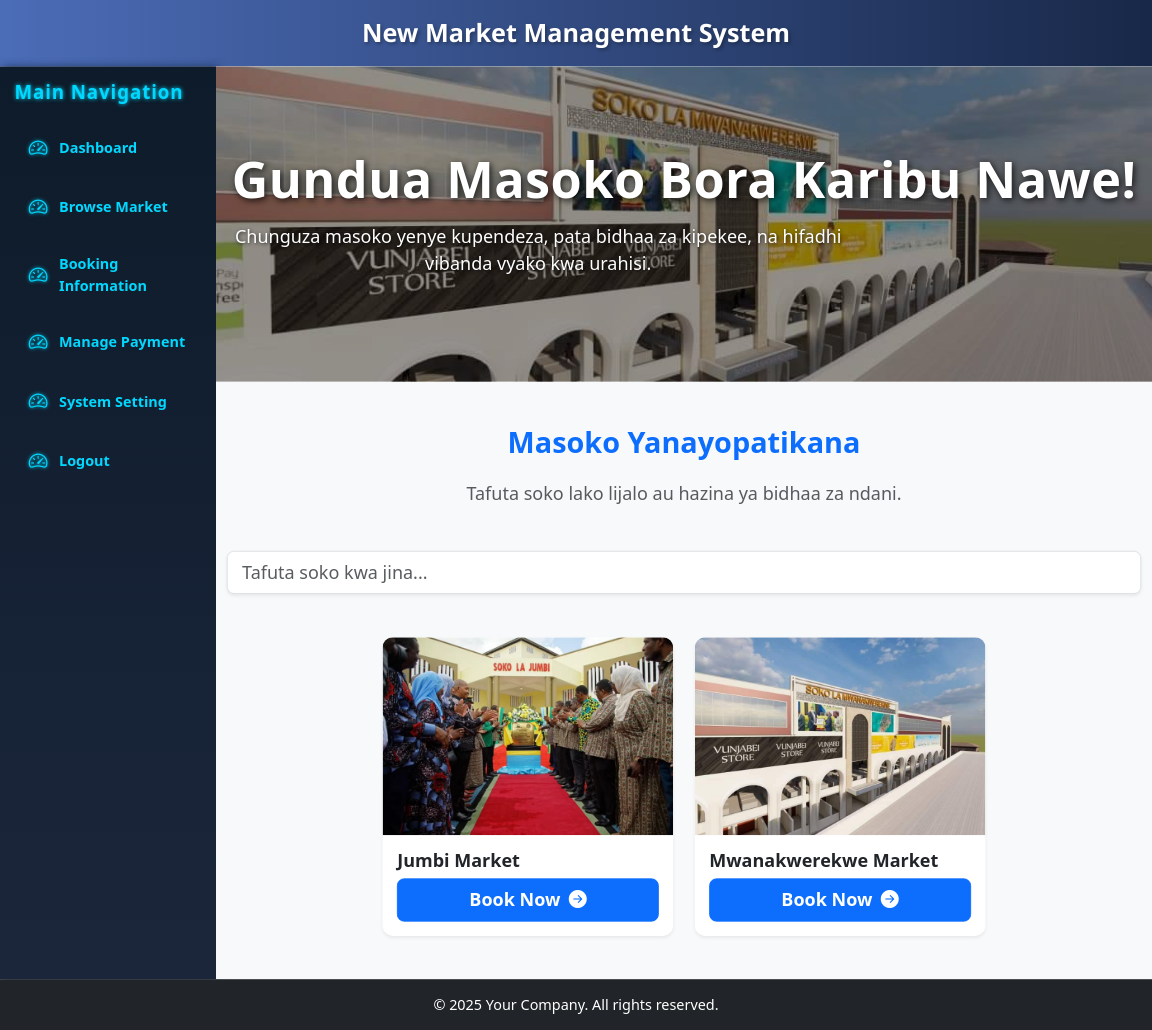
Repository: AbdulqadirSaid/react-market-front-end
Page: /browse-market
The author's editor kept a copy of each file at every save. The page is drawn from the files as they stood at one save, then again after a run of saves.
The browser window is 1280 px wide. The pictures show the whole page, at 90% of full size.
The project was rebuilt for these pictures with package versions that can differ from the ones it lists, and the page was loaded fresh each time. Also part of the build but not shown: src/LoginForm.js, src/App.css, src/admin/AdminDashboard.js, src/admin/ManageCustomers.js, src/admin/ManageMarketOwner.js, src/admin/GenerateReport.js, src/admin/AccountSetting.js, src/owner/OwnerDashboard.js and 9 more.

Above is the page before, as saved 2025-06-03 17:39:19.

### src/index.js
import React from 'react';
import ReactDOM from 'react-dom/client';
import './index.css';
import App from './App';
import reportWebVitals from './reportWebVitals';
import { BrowserRouter } from 'react-router-dom';


const root = ReactDOM.createRoot(document.getElementById('root'));
root.render(
  <React.StrictMode>
    <BrowserRouter>
        <App />
    </BrowserRouter>
  </React.StrictMode>
);

// If you want to start measuring performance in your app, pass a function
// to log results (for example: reportWebVitals(console.log))
// or send to an analytics endpoint. Learn more: https://bit.ly/CRA-vitals
reportWebVitals();

### src/index.css
.rounded-logo {
  width: 100px; /* Adjust the size as needed */
  height: 100px; /* Adjust the size as needed */
  border-radius: 50%; /* Makes the image rounded */
}


.nav-link {
  transition: background-color 0.3s ease;
}

.nav-link:hover {
  background-color: rgba(255, 255, 255, 0.1); /* Lighten background on hover */
}








/* Katika faili lako la CSS (mfano, src/index.css) */
.market-card-hover {
  transition: all 0.3s ease-in-out; /* Inafanya mabadiliko kuwa laini */
}

.market-card-hover:hover {
  transform: translateY(-8px); /* Huinua kadi kidogo juu wakati unahamisha kielekezi juu yake */
  box-shadow: 0 1rem 2rem rgba(0, 0, 0, 0.2) !important; /* Kivuli kinene zaidi */
}

### src/App.js
import LoginForm from "./LoginForm";
import "./../node_modules/bootstrap/dist/css/bootstrap.min.css";
import "./App.css";
import { Route, Routes } from "react-router-dom";

//ADMIN-RELATED COMPONENTS//
import AdminDash from "./admin/AdminDashboard";
import ManageCustomers from "./admin/ManageCustomers";
import ManageMarketOwners from "./admin/ManageMarketOwner";
import GenerateReport from "./admin/GenerateReport";
import AccountSettings from "./admin/AccountSetting";


//OWNER-RELATED COMPONENTS//
import OwnerDash from "./owner/OwnerDashboard";
import ManageMarketInfo from "./owner/ManageMarketInfo";
import ManageBookings from "./owner/ManageBookings";
import ManageReports from "./owner/ManageReports";
import ManagePaymentInfo from "./owner/ManagePaymentInfo";


//CUSTOMER-RELATED COMPONENTS//
import CustomerDash from "./customer/CustomerDashboard";
import BrowseMarket from "./customer/BrowseMarket";
import BookingForm from "./customer/BookingForm";
import BookingInfo from "./customer/BookingInfo";
import ManagePayment from "./customer/ManagePayment";
import SystemSetting from "./customer/SystemSetting";


function App() {
  return (
    // <><LoginForm />
    // <Dashboard/>
    // </>

    <Routes>
      <Route path="/" element={<LoginForm />} />

      {/* Admin */}
      <Route path="/admin-dash" element={<AdminDash />} />
      <Route path="/manage-customer" element={<ManageCustomers />} />
      <Route path="/market-owner" element={<ManageMarketOwners />} />
      <Route path="/generate-report" element={<GenerateReport />} />
      <Route path="/account-setting" element={<AccountSettings/>} />


      {/* Owner */}
      <Route path="/owner-dash" element={<OwnerDash />} />
      <Route path="/market-info" element={<ManageMarketInfo />} />
      <Route path="/manage-bookings" element={<ManageBookings />} />
      <Route path="/manage-reports" element={<ManageReports/>} />
      <Route path="/payment-info" element={<ManagePaymentInfo/>} />


      {/* Customer  */}

      <Route path="/dashboard" element={<CustomerDash />} />
      <Route path="/browse-market" element={<BrowseMarket />} />
      <Route path="/booking" element={<BookingForm />} />
      <Route path="/booking-info" element={<BookingInfo />} />
      <Route path="/manage-payment" element={<ManagePayment />} />
      <Route path="/system-setting" element={<SystemSetting />} />
    </Routes>
  );
}

export default App;

### src/customer/BrowseMarket.js
import React, { useState } from 'react';

import Header from '../components/Header';
import Sidebar from '../components/Sidebar';
import Footer from '../components/Footer';

import { NavLink } from 'react-router-dom';


import JumbiImage from '../images/Jumbi-Image.jpg';
import KwereImage from '..//images/Kwere_Image.jpg';

const markets = [
  {
    id: 1,
    title: 'Jumbi Market',
    image: JumbiImage,
  },
  {
    id: 2,
    title: 'Mwanakwerekwe Market',
    image: KwereImage,
  },
];

const BrowseMarket = () => {
  const [searchQuery, setSearchQuery] = useState('');

  // Filter markets based on the search query
  const filteredMarkets = markets.filter(market =>
    market.title.toLowerCase().includes(searchQuery.toLowerCase())
  );

  return (
    <div className="d-flex flex-column min-vh-100">
      <Header />
      <div className="d-flex flex-grow-1">
        <Sidebar />
        <main className="flex-grow-1" style={{ backgroundColor: '#f8f9fa' }}>

          {/* NEW: Hero Section Kwenye Browse Market */}
          <section
            className="py-5 text-center text-white position-relative overflow-hidden animate__animated animate__fadeIn" // Added fade-in animation
            style={{
              backgroundImage: `url(${KwereImage})`, // Tumia picha ya Jumbi kwa background ya hero
              backgroundSize: 'cover',
              backgroundPosition: 'center',
              minHeight: '350px', // Urefu mkubwa zaidi kwa muonekano bora
              display: 'flex',
              alignItems: 'center',
              justifyContent: 'center',
              flexDirection: 'column',
              // Overlay nyeusi kidogo kwa kusomeka vizuri
              boxShadow: 'inset 0 0 0 2000px rgba(0, 0, 0, 0.4)',
            }}
          >
            <div className="container px-2">
              <h1 className="display-4 fw-bold mb-3 animate__animated animate__fadeInDown" // Kichwa kikubwa na chenye animation
                style={{ textShadow: "2px 2px 8px rgba(0,0,0,0.8)", letterSpacing: "0.5px" }}
              >
                Gundua Masoko Bora Karibu Nawe!
              </h1>
              <p className="lead fs-5 mb-4 animate__animated animate__fadeInUp" // Maelezo mafupi na animation
                style={{ textShadow: "1px 1px 4px rgba(0,0,0,0.7)", maxWidth: "700px" }}
              >
                Chunguza masoko yenye kupendeza, pata bidhaa za kipekee, na hifadhi vibanda vyako kwa urahisi.
              </p>
            </div>
          </section>

          {/* Sehemu ya Maudhui Mengine - Sasa ndani ya kontena la Bootstrap */}
          <div className="container py-5">
            <h2 className="mb-4 text-center text-primary fw-bold animate__animated animate__fadeInUp">Masoko Yanayopatikana</h2>
            <p className="lead text-center text-muted mb-5 animate__animated animate__fadeInUp" style={{ animationDelay: '0.2s' }}>
              Tafuta soko lako lijalo au hazina ya bidhaa za ndani.
            </p>

            {/* Search Bar iliyoboreshwa */}
            <input
              type="text"
              placeholder="Tafuta soko kwa jina..."
              className="form-control form-control-lg mb-5 shadow-sm animate__animated animate__zoomIn" // Ukubwa mkubwa, kivuli, na animation
              value={searchQuery}
              onChange={(e) => setSearchQuery(e.target.value)}
            />

            {/* Gridi ya Kadi za Masoko - Responsive na Hover Effect */}
            <div className="row row-cols-1 row-cols-md-2 row-cols-lg-3 g-4 justify-content-center"> {/* Gridi ya Bootstrap kwa responsiveness */}
              {filteredMarkets.length > 0 ? (
                filteredMarkets.map((market, index) => (
                  <div key={market.id} className="col animate__animated animate__fadeInUp" style={{ animationDelay: `${0.1 * index}s` }}>
                    <div
                      className="card h-100 shadow-sm border-0 market-card-hover" // Class mpya kwa hover effect
                      style={{ borderRadius: '12px', overflow: 'hidden' }} // Border-radius kubwa kidogo
                    >
                      <img
                        src={market.image}
                        className="card-img-top"
                        alt={market.title}
                        style={{ height: '220px', objectFit: 'cover' }} // Urefu mkubwa zaidi kwa picha
                      />
                      <div className="card-body d-flex flex-column justify-content-between p-3">
                        <h5 className="card-title fw-bold mb-2">{market.title}</h5>
                        <NavLink
                          to="/booking"
                          className="btn btn-primary btn-lg mt-auto fw-bold" // Kitufe kikubwa na cheye nguvu
                          style={{ borderRadius: '8px' }}
                        >
                          Book Now <i className="bi bi-arrow-right-circle-fill ms-1"></i>
                        </NavLink>
                      </div>
                    </div>
                  </div>
                ))
              ) : (
                <div className="col-12 text-center">
                  <p className="text-muted fs-5">Hakuna soko lililopatikana linalolingana na utafutaji wako. Jaribu jina tofauti.</p>
                </div>
              )}
            </div>
          </div>
        </main>
      </div>
      <Footer />
    </div>
  );
};

export default BrowseMarket;

### src/components/Header.js
import React from 'react';

const Header = () => {
  return (
    <header
      style={{
        background: 'linear-gradient(90deg, #4b6cb7 0%, #182848 100%)',
        boxShadow: '0 4px 12px rgba(24, 40, 72, 0.6)',
        padding: '1.25rem 2rem',
        color: '#ffffff',
      }}
    >
      <div className="container-fluid d-flex align-items-center justify-content-center">
        <h1
          style={{
            fontWeight: '700',
            fontSize: '1.75rem',
            fontFamily: '"Segoe UI", Tahoma, Geneva, Verdana, sans-serif',
            textShadow: '2px 2px 4px rgba(0,0,0,0.3)',
            marginBottom: 0,
          }}
        >
          New Market Management System
        </h1>
      </div>
    </header>
  );
};

export default Header;

### src/components/Sidebar.js
import React from 'react';
import { Link } from 'react-router-dom';
import 'bootstrap-icons/font/bootstrap-icons.css';
import links from './Links';

const Sidebar = ({ userRole = 'Customer' }) => {
  const roleLinks = links[userRole] || [];

  const getIconClass = (iconName) => {
    switch (iconName) {
      case 'dashboard':
        return 'bi-speedometer2';
      case 'users':
        return 'bi-people-fill';
      case 'settings':
        return 'bi-gear-fill';
      case 'reports':
        return 'bi-bar-chart-line-fill';
      case 'box-seam':
        return 'bi-box-seam';
      default:
        return 'bi-circle';
    }
  };

  return (
    <nav
      style={{
        width: '240px',
        minHeight: 'calc(100vh - 112px)',
        background: 'linear-gradient(180deg, #0d1b2a 0%, #1b263b 100%)',
        boxShadow: '2px 0 10px rgba(11, 38, 71, 0.8)',
        padding: '1rem',
        display: 'flex',
        flexDirection: 'column',
      }}
    >
      <h5
        style={{
          fontWeight: '700',
          fontSize: '1.3rem',
          color: '#00d8ff',
          marginBottom: '1.5rem',
          letterSpacing: '1px',
          textShadow: '0 0 5px #00d8ff',
        }}
      >
        Main Navigation
      </h5>
      <ul style={{ listStyle: 'none', padding: 0, margin: 0, flexGrow: 1 }}>
        {roleLinks.map((linkItem, index) => (
          <li key={index} style={{ marginBottom: '1rem' }}>
            <Link
              to={linkItem.path}
              style={{
                display: 'flex',
                alignItems: 'center',
                textDecoration: 'none',
                color: '#00d8ff',
                fontWeight: '600',
                padding: '0.6rem 1rem',
                borderRadius: '8px',
                transition: 'background-color 0.3s ease, color 0.3s ease',
                fontSize: '1rem',
              }}
              onMouseEnter={e => {
                e.currentTarget.style.backgroundColor = '#ffffff'; // Change background to white
                e.currentTarget.style.color = '#0d1b2a'; // Change text color to dark blue
              }}
              onMouseLeave={e => {
                e.currentTarget.style.backgroundColor = 'transparent'; // Reset background
                e.currentTarget.style.color = '#00d8ff'; // Reset text color
              }}
            >
              <i
                className={`bi ${getIconClass(linkItem.icon)}`}
                style={{ fontSize: '1.3rem', marginRight: '0.8rem', textShadow: '0 0 4px #00d8ff' }}
              />
              {linkItem.label}
            </Link>
          </li>
        ))}
      </ul>
    </nav>
  );
};

export default Sidebar;

### src/components/Footer.js
import React from 'react';

const Footer = () => {
  return (
    <footer className="bg-dark text-white text-center p-3">
      <p className="mb-0">© 2025 Your Company. All rights reserved.</p>
    </footer>
  );
};

export default Footer;

### src/components/Links.js
const links = {
  Admin: [
    { label: "Dashboard", path: "/admin-dash", icon: "dashboard" },
    { label: "Manage Customers", path: "/manage-customer", icon: "dashboard" },
    { label: "Manage Market Owner", path: "/market-owner", icon: "dashboard" },
    { label: "Generate Report", path: "/generate-report", icon: "dashboard" },
    { label: "Account Setting", path: "/account-setting", icon: "dashboard" },
    { label: "Logout", path: "/logout", icon: "dashboard" },
  ],

  Owner: [
    { label: "Dashboard", path: "/owner-dash", icon: "dashboard" },
    { label: "Manage Market Information", path: "/market-info",icon: "dashboard", },
    { label: "Manage Bookings", path: "/manage-bookings", icon: "dashboard" },
    { label: "Manage Reports", path: "/manage-reports", icon: "dashboard" },
    {label: "Manage Payment Information",path: "/payment-info", icon: "dashboard", },
    { label: "Logout", path: "/logout", icon: "dashboard" },
  ],

  Customer: [
    { label: "Dashboard ", path: "/dashboard", icon: "dashboard" },
    { label: "Browse Market", path: "/browse-market", icon: "dashboard" },
    { label: "Booking Information", path: "/booking-info", icon: "dashboard" },
    { label: "Manage Payment", path: "/manage-payment", icon: "dashboard" },
    { label: "System Setting", path: "/system-setting", icon: "dashboard" },
    { label: "Logout", path: "/logout", icon: "dashboard" },

  ],
};

export default links;

Loaded but not shown: public/index.html (common file); src/reportWebVitals.js (common file)

After the next 10 saves:
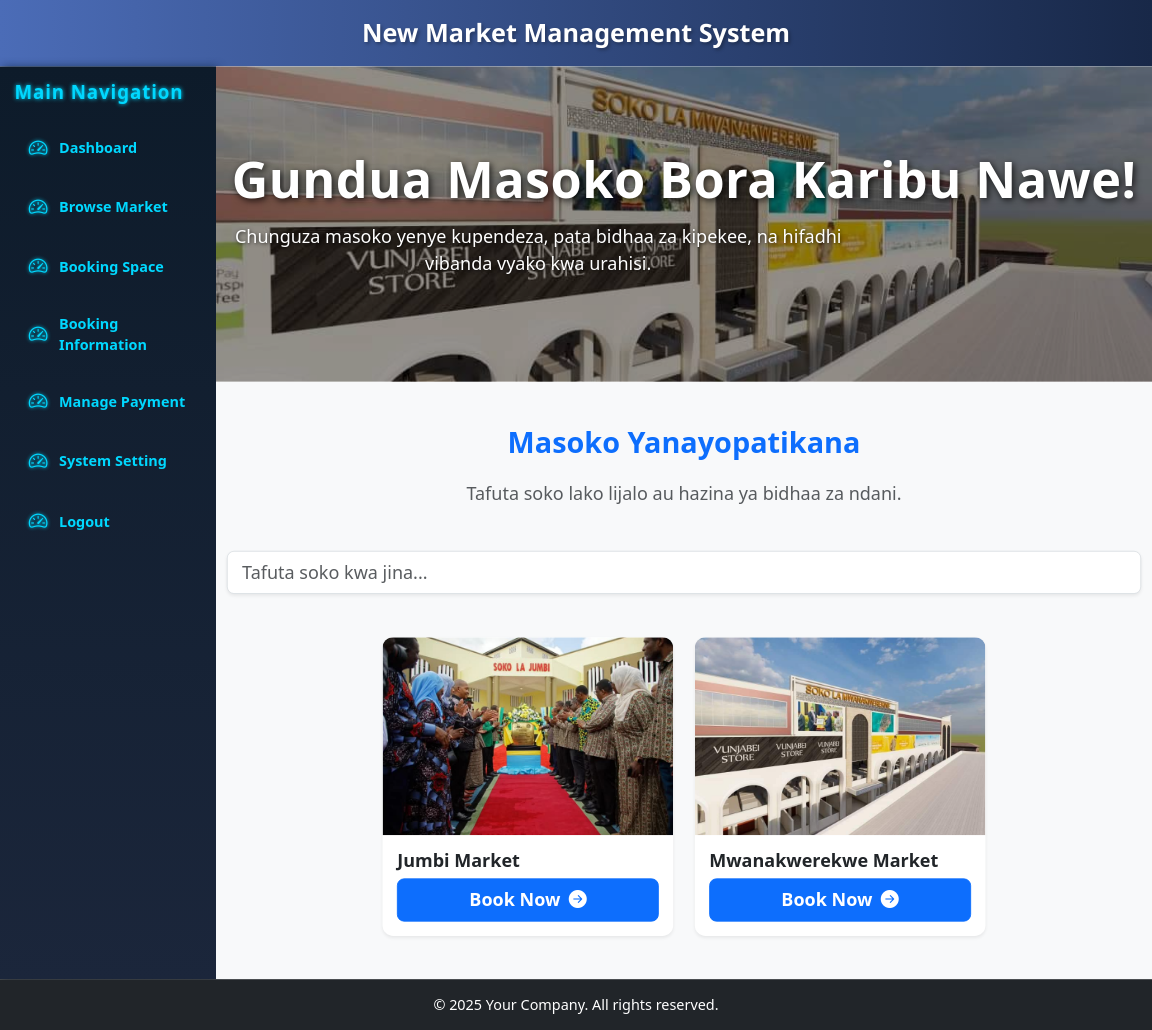
The 10 saves are shown as one change because 4 did not build or start and some came seconds apart.
The last was saved 62 s later.
--- a/src/components/Links.js
+++ b/src/components/Links.js
@@ -20,6 +20,7 @@ const links = {
   Customer: [
     { label: "Dashboard ", path: "/dashboard", icon: "dashboard" },
     { label: "Browse Market", path: "/browse-market", icon: "dashboard" },
+    { label: "Booking Space", path: "/booking-space", icon: "dashboard" },
     { label: "Booking Information", path: "/booking-info", icon: "dashboard" },
     { label: "Manage Payment", path: "/manage-payment", icon: "dashboard" },
     { label: "System Setting", path: "/system-setting", icon: "dashboard" },
